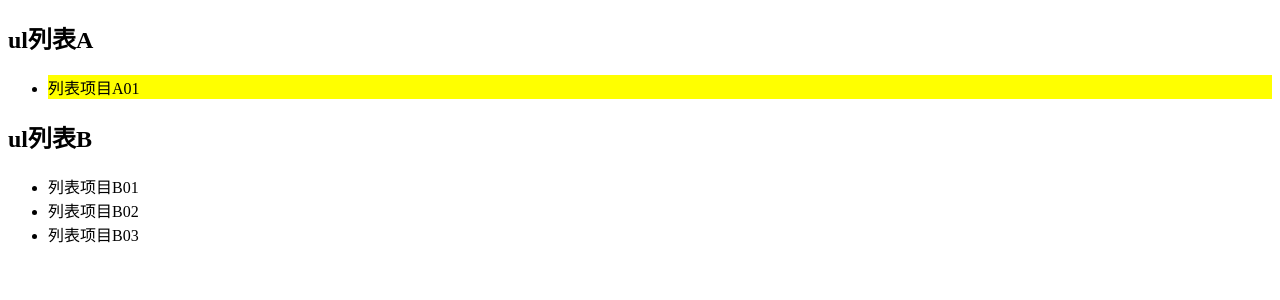
Repository: zdsherlock/HtmlCssLearn
Page: CSS/test-attSelect/index5.html
An editor plug-in stored every save of this project. The page is shown before and after a run of saves, followed by the edit.
The browser window is 1280 px wide. The pictures show the whole page.

Above is the page before, as saved 2021-05-07 20:33:17.

### CSS/test-attSelect/index5.html
<!DOCTYPE html>
<html lang="en">
<head>
    <meta charset="UTF-8">
    <meta http-equiv="X-UA-Compatible" content="IE=edge">
    <meta name="viewport" content="width=device-width, initial-scale=1.0">
    <title>支队唯一列表项目使用样式示例</title>
    <style>
        li:only-child {
            background-color: yellow;
        }
    </style>
</head>
<body>
    <h2>ul列表A</h2>
    <ul>
        <li>列表项目A01</li>
    </ul>
    <h2>ul列表B</h2>
    <ul>
        <li>列表项目B01</li>
        <li>列表项目B02</li>
        <li>列表项目B03</li>
    </ul>
</body>
</html>

After the next 2 saves:
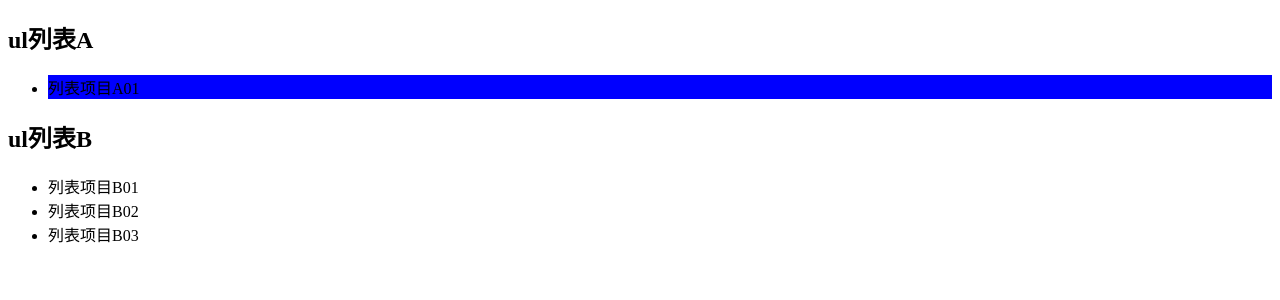
The 2 saves are shown as one change because they came seconds apart.
The last was saved 7 s later.
--- a/CSS/test-attSelect/index5.html
+++ b/CSS/test-attSelect/index5.html
@@ -7,7 +7,7 @@
     <title>支队唯一列表项目使用样式示例</title>
     <style>
         li:only-child {
-            background-color: yellow;
+            background-color: blue;
         }
     </style>
 </head>
